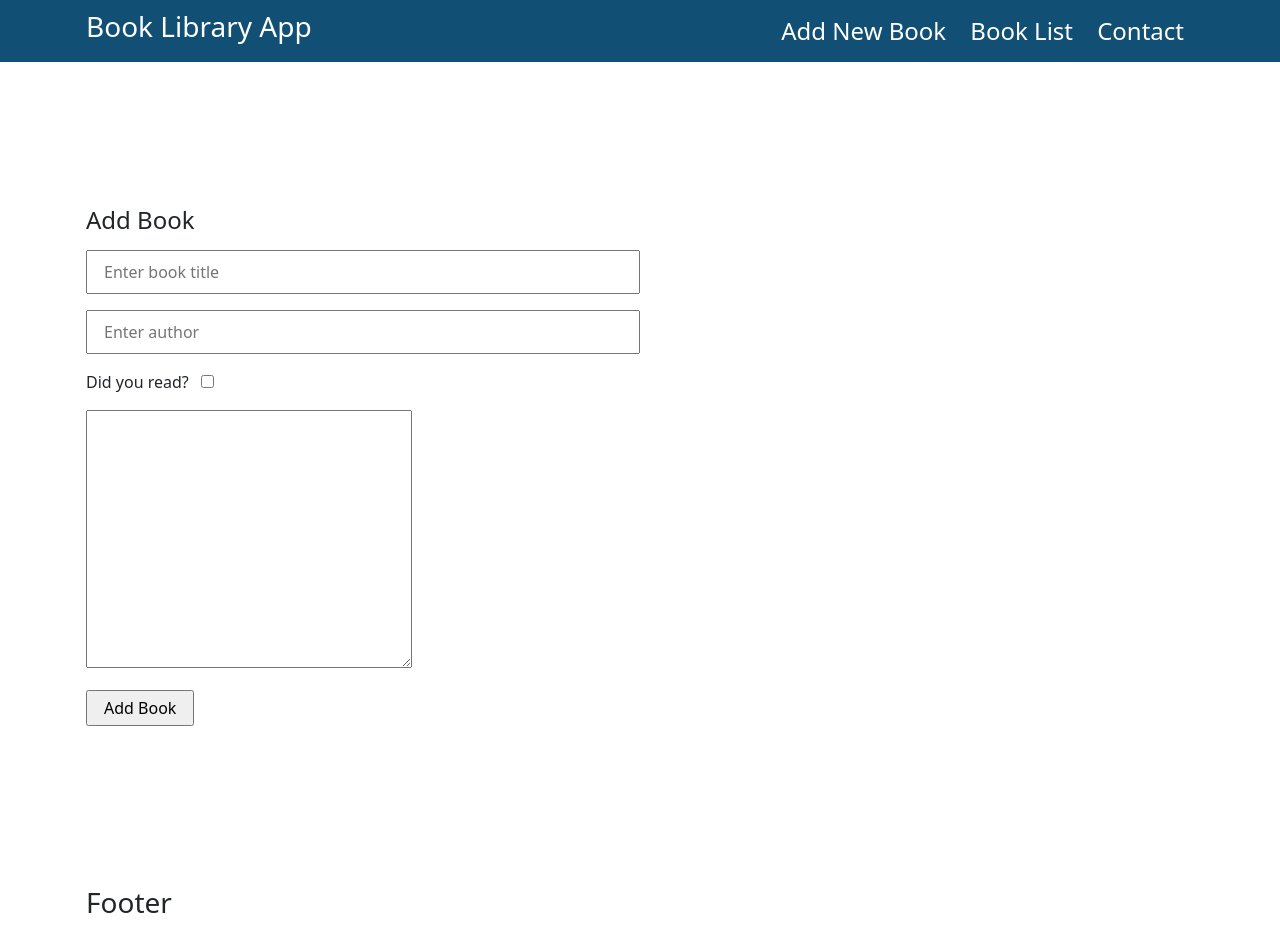
Repository: just-mann/booklibrary-app
Page: http://localhost/
An editor plug-in stored every save of this project. The page is shown before and after the next save, followed by the edit.
The browser window is 1280 px wide. The pictures show the whole page.
The page is served by the project's Node server (app.js).

Above is the page before, as saved 2021-06-06 03:39:29.

After the next save:
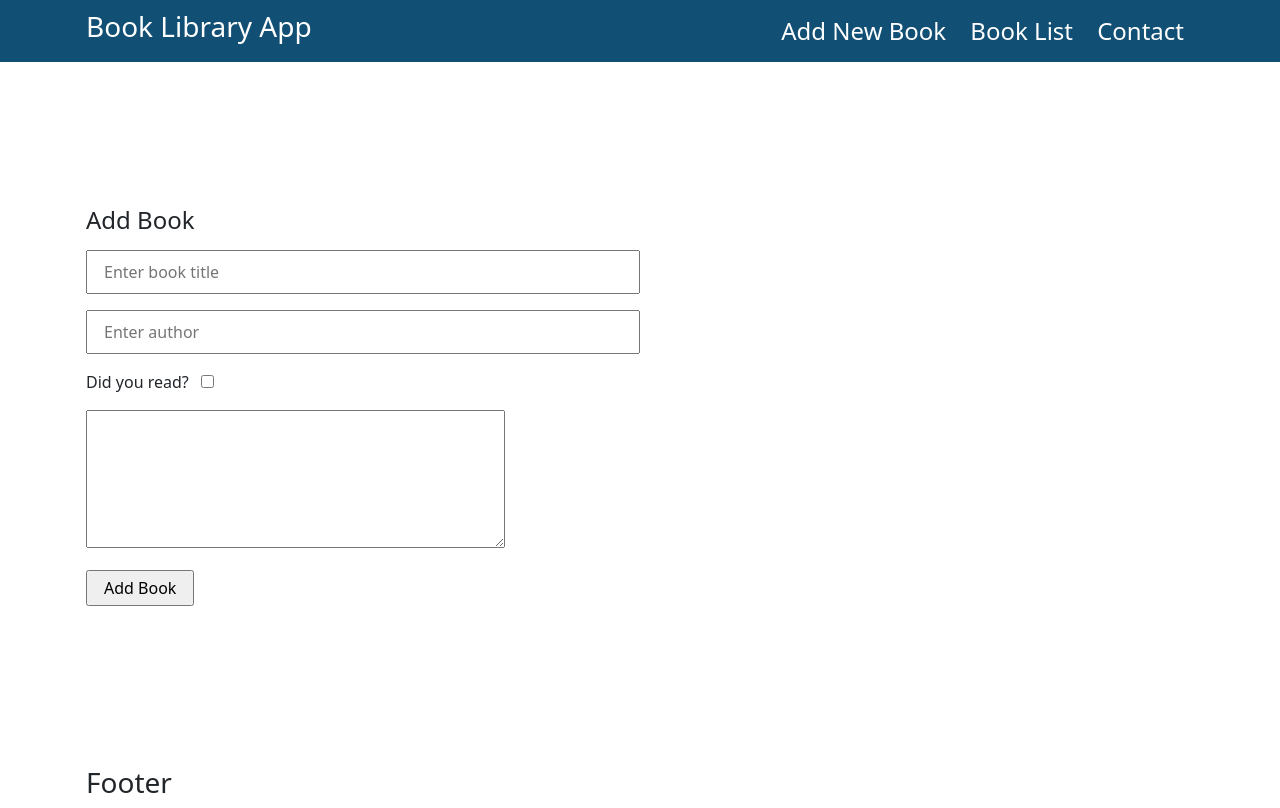
Saved 28 s later.
--- a/views/index.ejs
+++ b/views/index.ejs
@@ -18,7 +18,7 @@
                 <input class="px-3 py-2 isRead" type="checkbox" name="isRead" id="isRead">
               </div>
               <div class="my-3">
-                <textarea class="px-3 py-2 isRead" name="summary" id="summary" cols="30" rows="10"></textarea>
+                <textarea class="px-3 py-2 isRead" name="summary" id="summary" cols="40" rows="5"></textarea>
               </div>
               <div class="my-3">
                 <input class="px-3 py-1 submitBtn" type="submit" value="Add Book">
